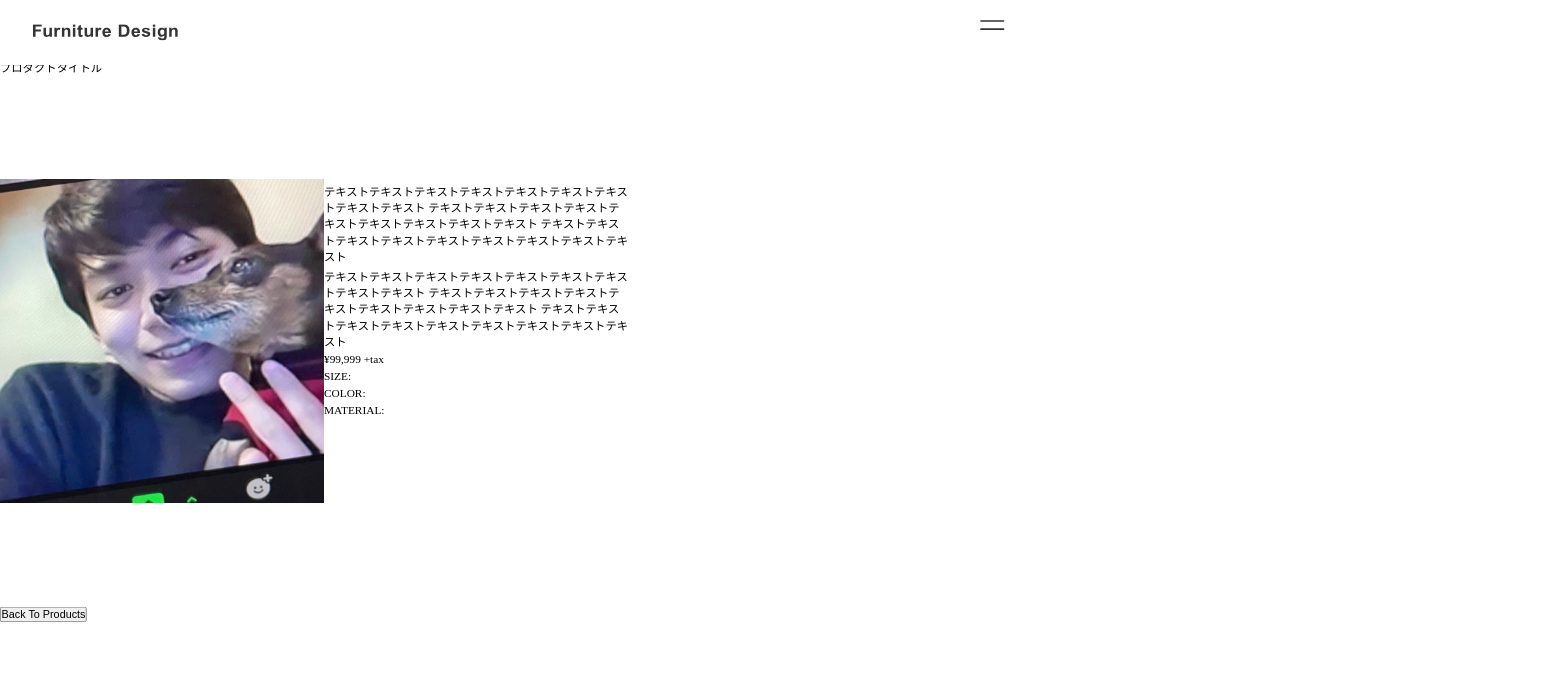
Repository: kohei23n/tenfeet
Page: menbers2/index.html
An editor plug-in stored every save of this project. The page is shown before and after the next save, followed by the edit.
The browser window is 1280 px wide. The page is 1920 px wide, so the pictures cover 1920 px, including what lies to the right of the window. The pictures show the whole page, at 81% of full size.

Above is the page before, as saved 2022-02-08 21:57:07.

### menbers2/index.html
<!DOCTYPE html>
<html lang="en">

<head>
    <meta charset="UTF-8" />
    <meta http-equiv="X-UA-Compatible" content="IE=edge" />
    <meta name="viewport" content="width=device-width, initial-scale=1.0" />
    <link rel="stylesheet" href="../reset.css">
    <link rel="stylesheet" href="menbers2.css" />
    <title>Document</title>
</head>

<body>
    <header id="header" class="wrapper open">
        <h1 class="title">
            <a href="index.html">
                <img src="..\img\logo.svg" alt="Furniture Design" />
            </a>
        </h1>
        <nav id="nav">
            <ul class="nav_menu" style="display: none">
                <li><a href="">PRODUCTS</a></li>
                <li><a href="">ABOUT</a></li>
                <li><a href="">COMPANY</a></li>
                <li><a href="">CONTACT</a></li>
            </ul>
        </nav>
        <div class="button">
            <span></span>
            <span></span>
        </div>
    </header>




    <div id="content2"></div>
    <script src="menbers2.js"></script>
</body>

</html>

### reset.css
html, body, div, span, applet, object, iframe,
h1, h2, h3, h4, h5, h6, p, blockquote, pre,
a, abbr, acronym, address, big, cite, code,
del, dfn, em, img, ins, kbd, q, s, samp,
small, strike, strong, sub, sup, tt, var,
b, u, i, center,
dl, dt, dd, ol, ul, li,
fieldset, form, label, legend,
table, caption, tbody, tfoot, thead, tr, th, td,
article, aside, canvas, details, embed,
figure, figcaption, footer, header, hgroup,
menu, nav, output, ruby, section, summary,
time, mark, audio, video {
    margin: 0;
    padding: 0;
    border: 0;
    font-size: 100%;
    font: inherit;
    vertical-align: baseline;
}
/* HTML5 display-role reset for older browsers */
article, aside, details, figcaption, figure,
footer, header, hgroup, menu, nav, section {
    display: block;
}
body {
    /* line-height: 1; */
}
ol, ul {
    list-style: none;
}
blockquote, q {
    quotes: none;
}
blockquote:before, blockquote:after,
q:before, q:after {
    content: '';
    content: none;
}
table {
    border-collapse: collapse;
    border-spacing: 0;
}

### menbers2/menbers2.css
* {
  margin: 0;
  padding: 0;
}

body{
    padding: 5% 0;
}

#header {
  width: 100%;
  height: 80px;
  background-color: #fff;
  display: flex;
  align-items: center;
  justify-content: space-between;
  position: fixed;
  left: 0;
  right: 0;
  top: 0;
  z-index: 10;
}

.wrapper {
  max-width: 1360px;
  padding: 0 40px;
  box-sizing: border-box;
}

h1 {
  display: block;
  font-size: 2em;
  margin-block-start: 0.67em;
  margin-block-end: 0.67em;
  margin-inline-start: 0px;
  margin-inline-end: 0px;
  font-weight: bold;
}

.title a {
  width: 180px;
  line-height: 1px;
  display: block;
}

img {
  max-width: 100%;
}

.open #nav {
  left: 0;
  opacity: 1;
}

/* #nav {
  position: fixed;
  top: 0;
  width: 300px;
  color: #fff;
  padding: 36px 50px;
  transition: all 0.5s;
  z-index: 20;
}

#nav li {
  margin-bottom: 14px;
  list-style: none;
}

#nav a {
  color: #fff;
  text-decoration: none;
  transition: all 0.5s;
} */

.button {
  width: 30px;
  height: 30px;
  position: relative;
  transition: all 0.5s;
  cursor: pointer;
  z-index: 20;
}

.button span:nth-child(1) {
  top: 10px;
}

.button span {
  display: block;
  position: absolute;
  width: 30px;
  height: 2px;
  background-color: #333;
  border-radius: 4px;
  transition: all 0.5s;
}

.member_name{
    font-size: 14px;
    font-weight: 100;
}



.member{
    /* display: block;
    margin-top: 10%; */
}

.member_img{
    width: 400px;
    height: 400px;
    object-fit: cover;
}

.section_member{
    margin: 10% 0;
    width: 150%;
    display: flex;
}

.message{
    font-size: 14px;
    width: 25%;
    margin: 5px 0;
}

### menbers2/menbers2.js
let content = `<h1 class="member_name">プロダクトタイトル</h1>
<section class="section_member">
<img src="../img/9.jpg" alt="" class="member_img">
<div class="member_content">
        <p class="message">テキストテキストテキストテキストテキストテキストテキストテキストテキスト テキストテキストテキストテキストテキストテキストテキストテキストテキスト テキストテキストテキストテキストテキストテキストテキストテキストテキスト</p>
        <p class="message">テキストテキストテキストテキストテキストテキストテキストテキストテキスト テキストテキストテキストテキストテキストテキストテキストテキストテキスト テキストテキストテキストテキストテキストテキストテキストテキストテキスト</p>
        <p class="message">¥99,999 +tax</p>
        <p class="message">SIZE: </p>
        <p class="message">COLOR: </p>
        <p class="message">MATERIAL:</p>
</div>
</section>
<button class="page_back">Back To Products</button>
`

let content2 = document.getElementById("content2");
content2.insertAdjacentHTML("beforebegin", content);

After the next save:
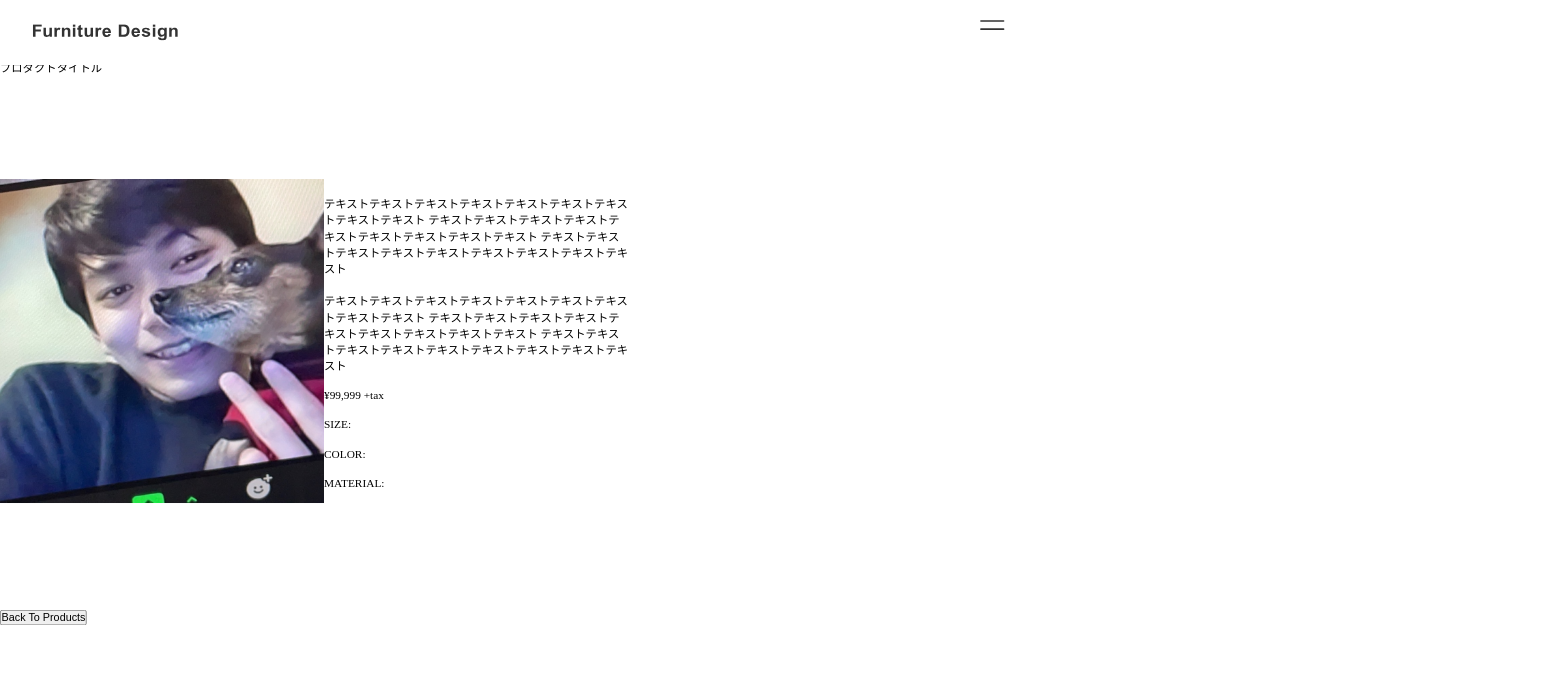
Saved 18 s later.
--- a/menbers2/menbers2.css
+++ b/menbers2/menbers2.css
@@ -123,5 +123,5 @@ img {
 .message{
     font-size: 14px;
     width: 25%;
-    margin: 5px 0;
+    margin: 20px 0;
 }
